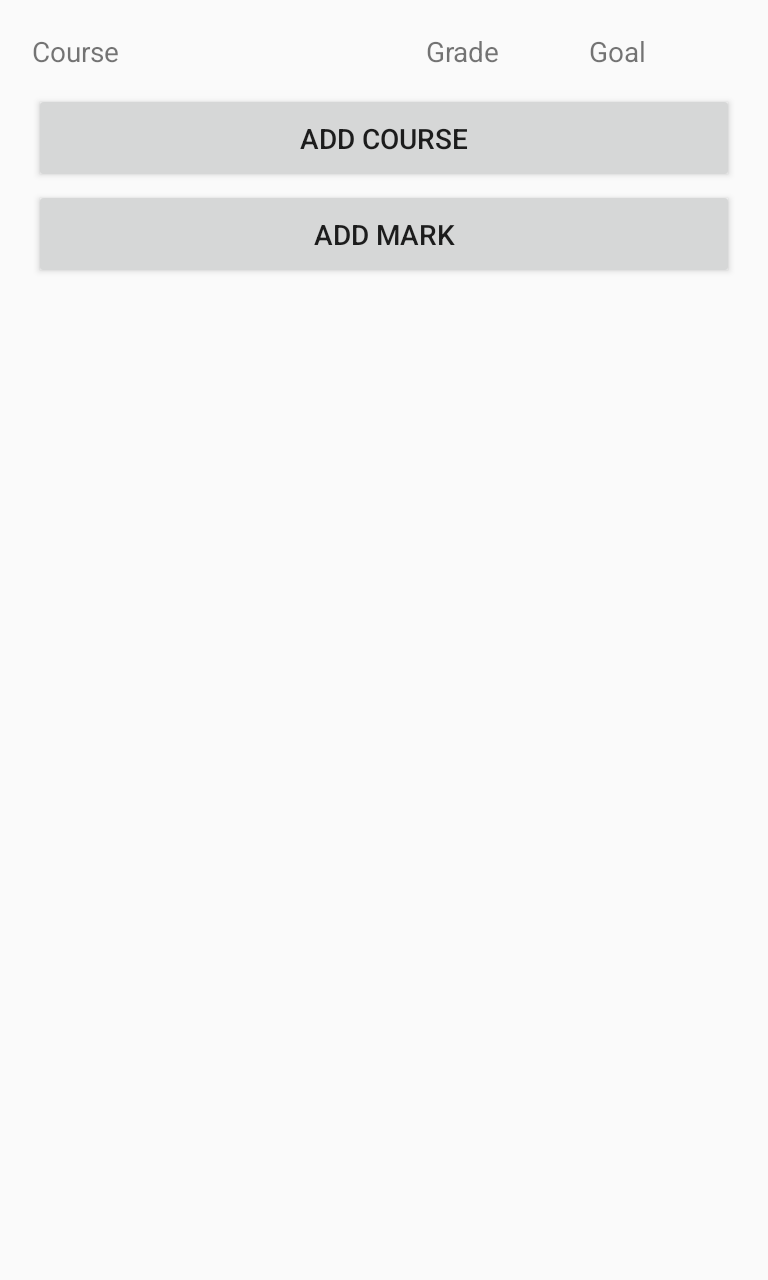
Repository: Tenergy05/GradePlanner
Layout: GradePlanner/res/layout/activity_main.xml
These files come from the project's save history. The layout is drawn as it stood at one moment and after the next save; the edit follows.
It is drawn on a 768 x 1280 px phone screen (xhdpi) without system bars, with theme AppTheme; the app's code is not run.

Above is the layout before, as saved 2014-12-29 22:58:19.

### GradePlanner/res/layout/activity_main.xml
<TableLayout xmlns:android="http://schemas.android.com/apk/res/android"
    xmlns:tools="http://schemas.android.com/tools"
    android:layout_width="match_parent"
    android:layout_height="match_parent"
    android:paddingBottom="@dimen/activity_vertical_margin"
    android:paddingLeft="@dimen/activity_horizontal_margin"
    android:paddingRight="@dimen/activity_horizontal_margin"
    android:paddingTop="@dimen/activity_vertical_margin"
    tools:context="com.example.gradeplan.MainActivity$PlaceholderFragment" >


        <TableRow
            android:id="@+id/tableRow1"
            android:layout_width="match_parent"
            android:layout_height="wrap_content"
             >

            <TextView
                android:layout_weight="0.5"
                android:text="@string/course" />

            <TextView
                android:layout_weight="0.25"
                android:text="@string/grade" />

            <TextView
                android:layout_weight="0.25"
                android:text="@string/goal" />

        </TableRow>

        <TableRow
            android:id="@+id/buttonRow1"
            android:layout_width="fill_parent"
            android:layout_height="wrap_content"
            android:layout_marginTop="10dp">

                <Button
			        android:id="@+id/button1"
			        android:layout_weight="1"
			        android:text="@+string/add_course"
			        android:onClick="addCourse"/>
        </TableRow>

        <TableRow
            android:id="@+id/buttonRow2"
            android:layout_width="fill_parent"
            android:layout_height="wrap_content">

            <Button
                android:id="@+id/button2"
                android:layout_weight="1"
                android:text="@+string/add_mark"
                android:onClick="addMark"/>
        </TableRow>

</TableLayout>

### GradePlanner/res/values/strings.xml
<?xml version="1.0" encoding="utf-8"?>
<resources>

    <string name="app_name">Grade Planner</string>
    <string name="add_course">Add Course</string>
    <string name="course">Course</string>
    <string name="grade">Grade</string>
    <string name="goal">Goal</string>
    <string name="action_settings">Settings</string>
    <string name="title_activity_add_course">Add Course</string>
    <string name="course_code">Course Code</string>
    <string name="grade_goal">Grade Goal</string>
    <string name="add_mark">Add Mark</string>

</resources>

Loaded but not shown: GradePlanner/res/values/styles.xml (common file); GradePlanner/res/values-v11/styles.xml (common file); GradePlanner/res/values-v14/styles.xml (common file); GradePlanner/res/values/dimens.xml (common file); GradePlanner/res/values-w820dp/dimens.xml (common file)

After the next save:
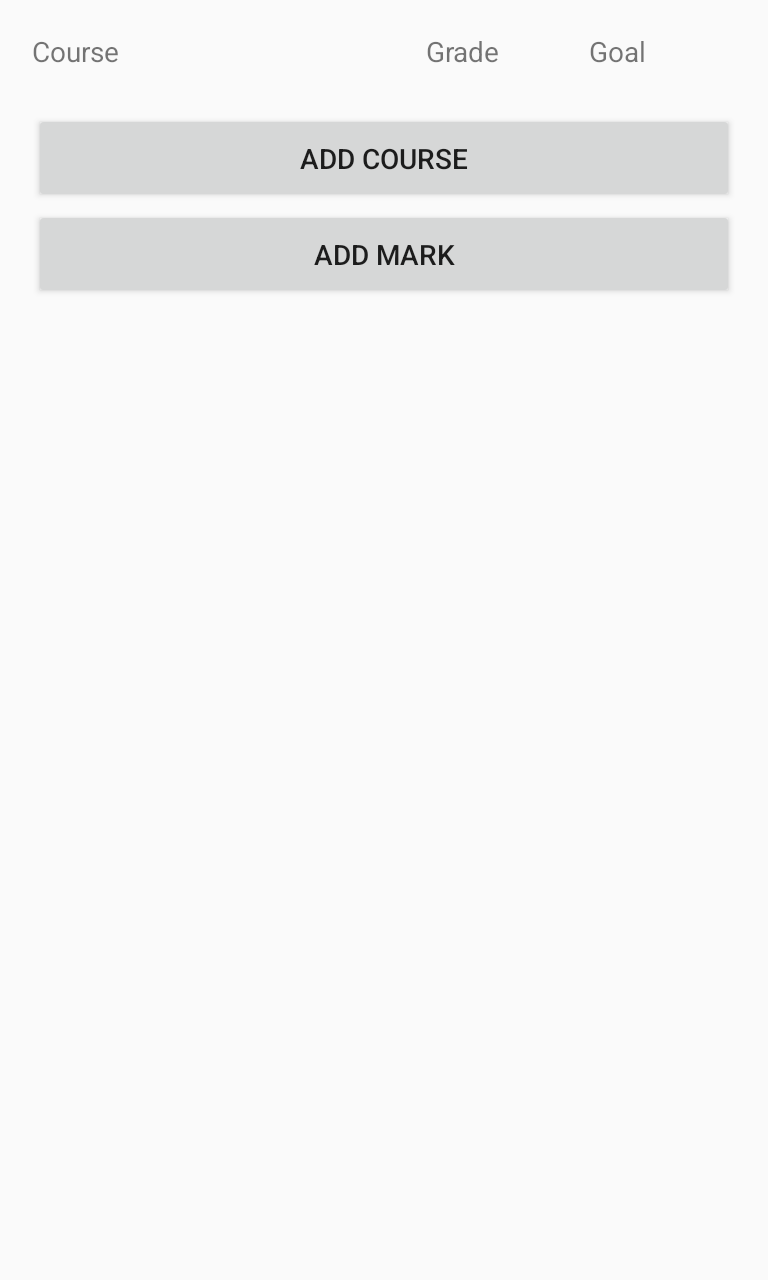
Saved 14 s later.
--- a/GradePlanner/res/layout/activity_main.xml
+++ b/GradePlanner/res/layout/activity_main.xml
@@ -33,7 +33,7 @@
             android:id="@+id/buttonRow1"
             android:layout_width="fill_parent"
             android:layout_height="wrap_content"
-            android:layout_marginTop="10dp">
+            android:layout_marginTop="20dp">
 
                 <Button
 			        android:id="@+id/button1"
